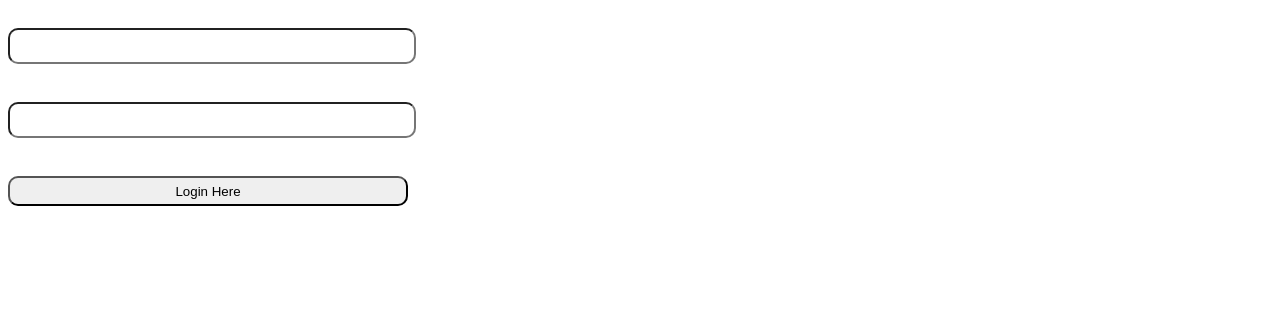
Repository: vaibhaokamble/MY_INSTITUTE_PUNE
Page: SERVLET/LoginServerApplication/src/main/webapp/login.html
The author's editor kept a copy of each file at every save. The page is drawn from the files as they stood at one save, then again after the next save.
The browser window is 1280 px wide. The pictures show the whole page.

Above is the page before, as saved 2022-10-18 09:33:24.

After the next save:
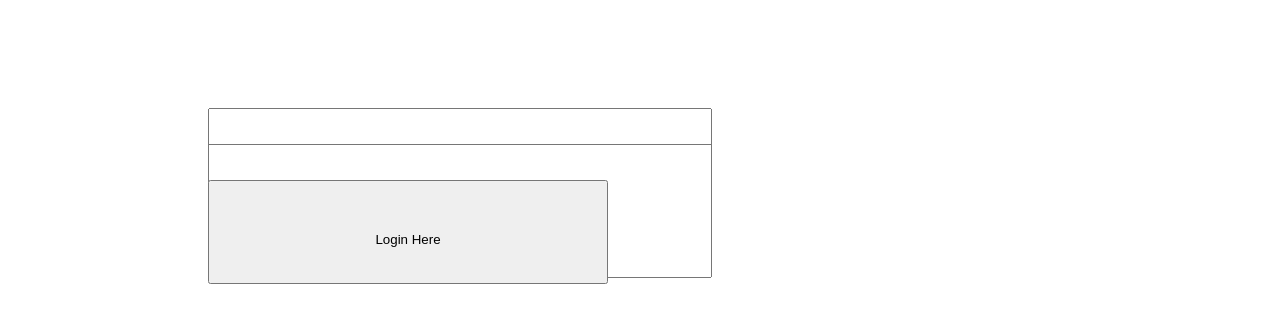
Saved 45 s later.
--- a/SERVLET/LoginServerApplication/src/main/webapp/css/style.css
+++ b/SERVLET/LoginServerApplication/src/main/webapp/css/style.css
@@ -4,6 +4,9 @@
 .control {
 	width: 400px;
 	height: 30px;
-	border-radius:10px;
-	margin-top:20px;
+	list-style-type: none;
+	padding: 50px;
+	position: absolute;
+	margin-left: 200px;
+	margin-top: 100px;
 }

After the save that followed:
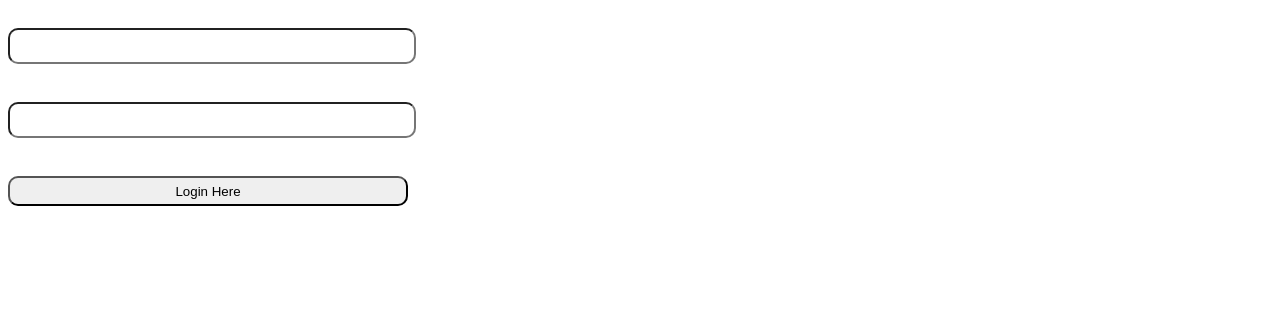
Saved 19 s later.
--- a/SERVLET/LoginServerApplication/src/main/webapp/css/style.css
+++ b/SERVLET/LoginServerApplication/src/main/webapp/css/style.css
@@ -4,9 +4,6 @@
 .control {
 	width: 400px;
 	height: 30px;
-	list-style-type: none;
-	padding: 50px;
-	position: absolute;
-	margin-left: 200px;
-	margin-top: 100px;
+	border-radius:10px;
+	margin-top:20px;
 }
